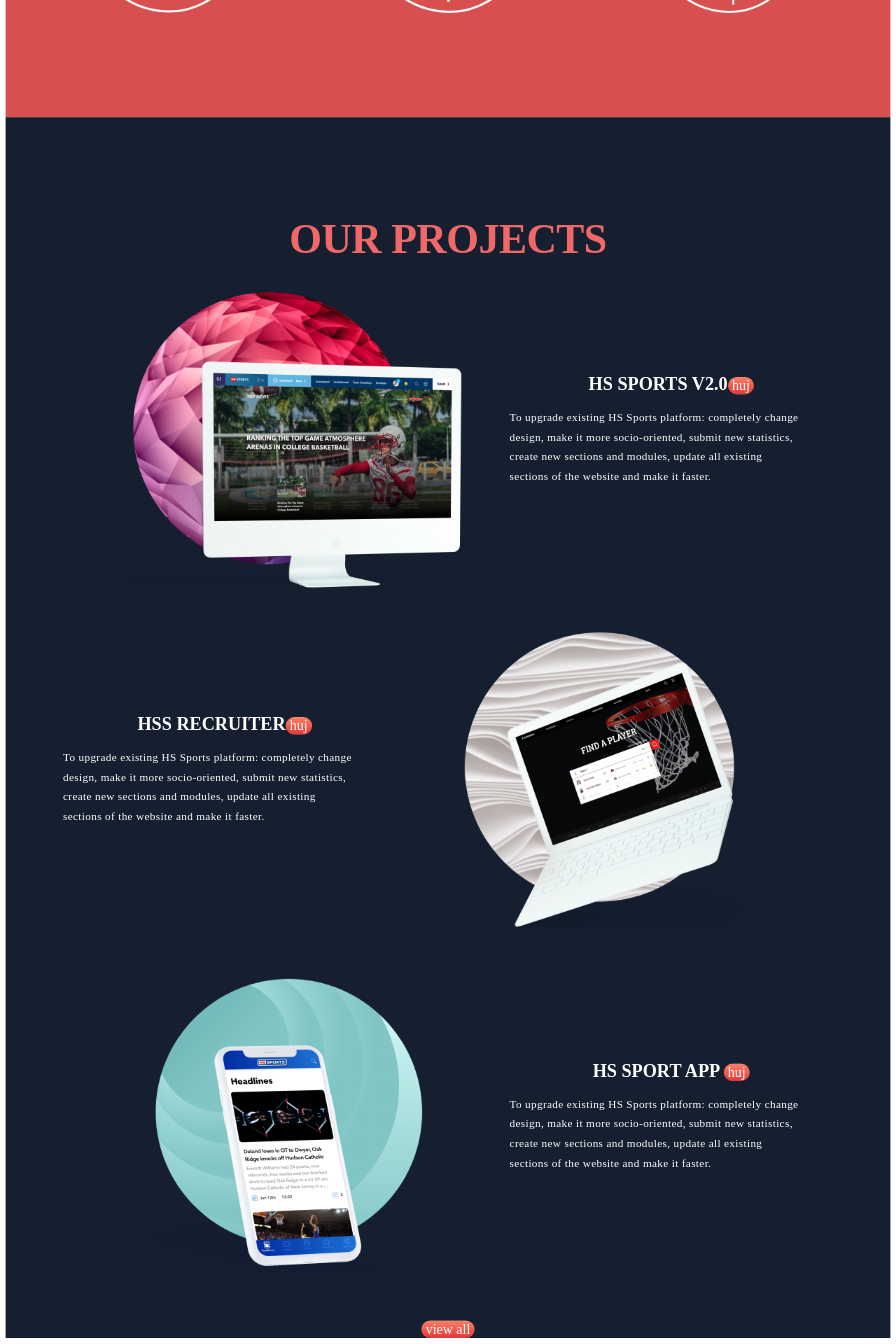
Repository: batonAnton/Ukiepro_girl
Page: MainPage.html
The author's editor kept a copy of each file at every save. The page is drawn from the files as they stood at one save, then again after the next save.
The browser window is 1280 px wide. The pictures show the part of the page from y = 3418 to 5338 px (the page is 5338 px tall), at 70% of full size.

Above is the page before, as saved 2020-03-30 16:12:43.

After the next save:
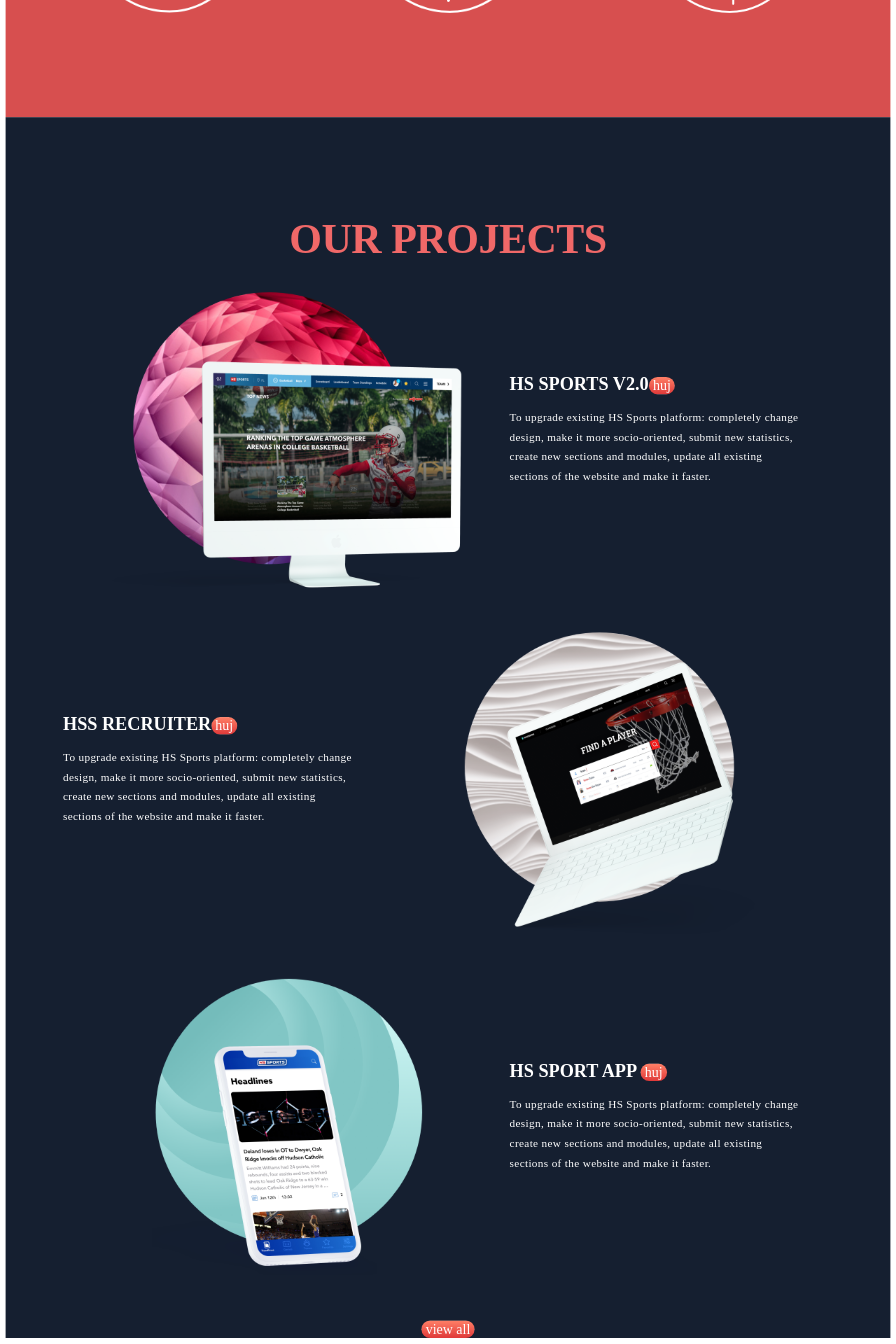
Saved 5 min 23 s later.
--- a/Css/style.css
+++ b/Css/style.css
@@ -317,54 +317,56 @@
   text-align: center;
 }
 
-.block3 .h1_general{
+.block3 .h1_general {
   /* width: 424px; */
-height: 70px;
-margin-top:140px;
-color: #f06868;
-font-family: "Exo 2.0- Bold";
-font-size: 60px;
-font-weight: 700;
-letter-spacing: -0.68px;
-text-transform: uppercase;
+  height: 70px;
+  margin-top: 140px;
+  color: #f06868;
+  font-family: "Exo 2.0- Bold";
+  font-size: 60px;
+  font-weight: 700;
+  letter-spacing: -0.68px;
+  text-transform: uppercase;
 }
 
 .block3_same_block {
+  width: 1100px;
   display: block;
-  margin-bottom:60px;
-}
-
-.block3_info{
+  margin-bottom: 60px;
+}
+
+.block3_info {
   float: right;
   margin-top: 100px;
-}
-.block3_info_2{
+  text-align: left;
+}
+.block3_info_2 {
   float: left;
   margin-top: 100px;
-}
-
-.block3 h1{
-/* width: 285px; */
-height: 30px;
-color: #ffffff;
-font-family: "Exo 2.0- Bold";
-font-size: 26px;
-font-weight: 700;
-text-transform: uppercase;
-}
-.block3 p{
+  text-align: left;
+}
+
+.block3 h1 {
+  /* width: 285px; */
+  height: 30px;
+  color: #ffffff;
+  font-family: "Exo 2.0- Bold";
+  font-size: 26px;
+  font-weight: 700;
+  text-transform: uppercase;
+}
+.block3 p {
   width: 462px;
-height: 140px;
-color: #ffffff;
-font-family: "Museo 500- Regular";
-font-size: 16px;
-font-weight: 400;
-letter-spacing: 0.5px;
-line-height: 28px;
-text-align: left;
-}
-
-.block3 button{
+  height: 140px;
+  color: #ffffff;
+  font-family: "Museo 500- Regular";
+  font-size: 16px;
+  font-weight: 400;
+  letter-spacing: 0.5px;
+  line-height: 28px;
+}
+
+.block3 button {
   width: auto;
   height: auto;
 }
